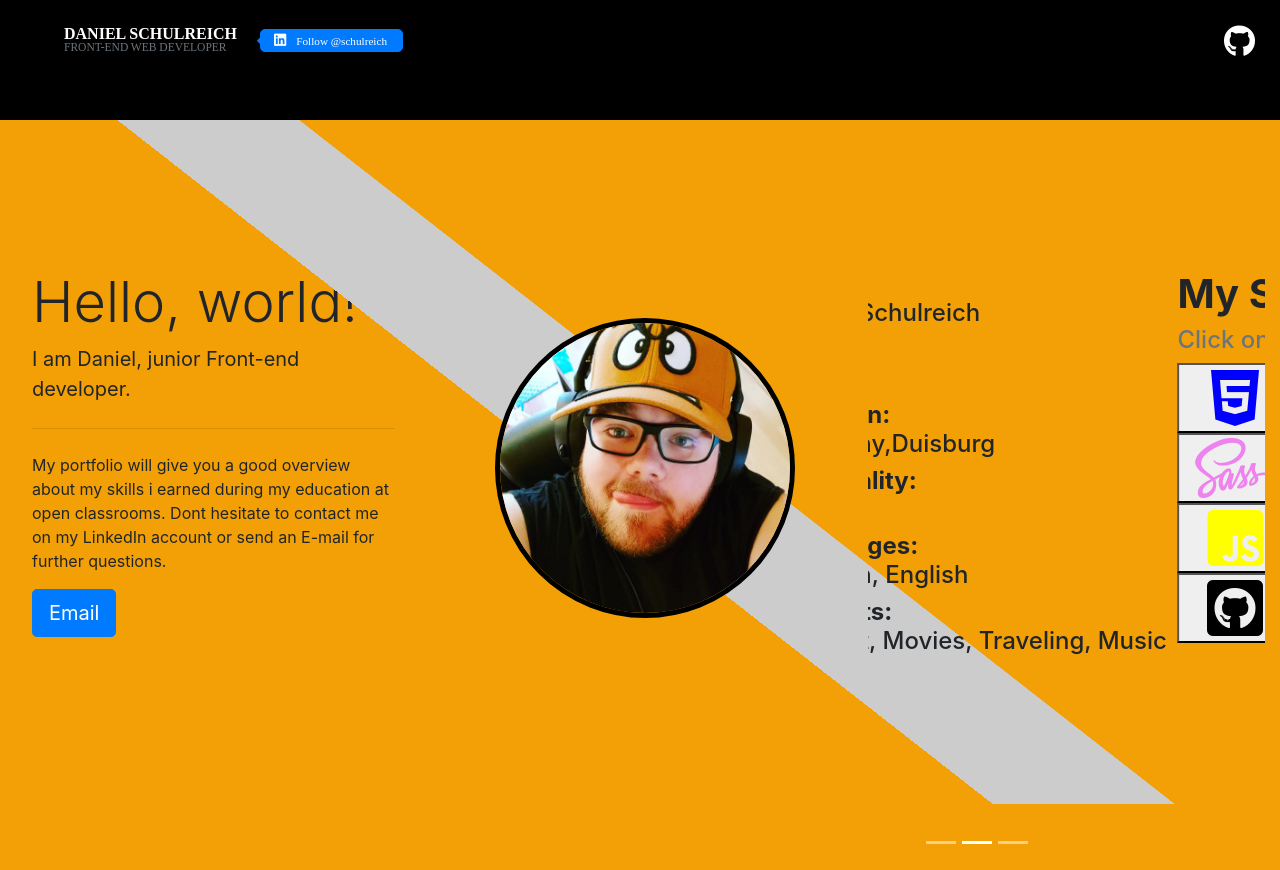
Repository: schulreich/my_portfolio
Page: index.html
An editor plug-in stored every save of this project. The page is shown before and after the next save, followed by the edit.
The browser window is 1280 px wide. The pictures show the whole page.
Some web fonts or font styles are not loaded; a fallback is used. Some web libraries are served in a nearby version.

Above is the page before, as saved 2020-06-19 23:17:55.

### index.html
<!DOCTYPE html>
<html lang="en">
<head>
    <meta charset="UTF-8">
    <meta name="viewport" content="width=device-width, initial-scale=1.0">
    <meta http-equiv="X-UA-Compatible" content="ie=edge">
    <link rel="stylesheet" href="https://stackpath.bootstrapcdn.com/bootstrap/4.1.3/css/bootstrap.min.css" integrity="sha384-MCw98/SFnGE8fJT3GXwEOngsV7Zt27NXFoaoApmYm81iuXoPkFOJwJ8ERdknLPMO" crossorigin="anonymous">
    <link rel="stylesheet" href="css/main.css">
    <link rel="stylesheet" href="https://use.fontawesome.com/releases/v5.5.0/css/all.css" integrity="sha384-B4dIYHKNBt8Bc12p+WXckhzcICo0wtJAoU8YZTY5qE0Id1GSseTk6S+L3BlXeVIU" crossorigin="anonymous">

    <title>Document</title>
</head>
<body>
    <header>
        <div class="row">
            <div class="name">DANIEL SCHULREICH</div>
            <div class="title text-muted"><small>FRONT-END WEB DEVELOPER</small></div>
            <a class="btn btn-primary btn-sm follow d-none d-lg-block" href="https://www.linkedin.com/in/daniel-schulreich-a5347617b/" target="_blank" role="button"><i class="fab fa-linkedin "></i><i class="fas fa-arrow-left arrow-left text-primary"></i><small>Follow @schulreich</small></a>

            <div class="nav">
                    <ul>
                        <li class="github"><i class="fab fa-github fa-2x nav-icon"></i><a href="https://github.com/schulreich" target="_blank">GitHub</a>
                        </li>
                    </ul>
                </div>


        </div>
    </header>

    <section class="project-modal">

    <div class="modal fade bd-example-modal-lg" tabindex="-1" role="dialog" aria-labelledby="myLargeModalLabel" aria-hidden="true">
            <div class="modal-dialog modal-lg">
              <div class="modal-content">
                <div class="modal-header">
                  <h5 class="modal-title" id="exampleModalLabel"><strong>JavaScript Boardgame</strong></h5>
                  <button type="button" class="close" data-dismiss="modal" aria-label="Close">
                    <span aria-hidden="true">&times;</span>
                  </button>
                </div>
                <div class="modal-body modal-align">
                    <img class="modal-img" src="images/boardgame.png" alt="">
                </div>
                <div class="modal-footer">
                  <a href="#" target="_blank" class="btn btn-primary btn-lg active" role="button" aria-pressed="true">comming soon</a>
                  <button type="button" class="btn btn-secondary" data-dismiss="modal">Close</button>
                </div>
              </div>
            </div>
          </div>

          <div class="modal fade bd-cards-example-modal-lg" tabindex="-1" role="dialog" aria-labelledby="myLargeModalLabel" aria-hidden="true">
                <div class="modal-dialog modal-lg">
                  <div class="modal-content">
                    <div class="modal-header">
                      <h5 class="modal-title" id="exampleModalLabel"><strong>Bootstrap Moviefestival website</strong></h5>
                      <button type="button" class="close" data-dismiss="modal" aria-label="Close">
                        <span aria-hidden="true">&times;</span>
                      </button>
                    </div>
                    <div class="modal-body modal-align">
                        <img class="modal-img" src="images/moviefestival.png" alt="">
                    </div>
                    <div class="modal-footer">
                      <a href="https://schulreich.github.io/project-movie-festival/" target="_blank" class="btn btn-primary btn-lg active" role="button" aria-pressed="true">Watch</a>
                      <button type="button" class="btn btn-secondary" data-dismiss="modal">Close</button>
                    </div>
                  </div>
                </div>
              </div>


              <div class="modal fade bd-grid-example-modal-lg" tabindex="-1" role="dialog" aria-labelledby="myLargeModalLabel" aria-hidden="true">
                    <div class="modal-dialog modal-lg">
                      <div class="modal-content">
                        <div class="modal-header">
                          <h5 class="modal-title" id="exampleModalLabel"><strong>React Restaurant review website</strong></h5>
                          <button type="button" class="close" data-dismiss="modal" aria-label="Close">
                            <span aria-hidden="true">&times;</span>
                          </button>
                        </div>
                        <div class="modal-body modal-align">
                            <img class="modal-img" src="images/restaurantreview.png" alt="">
                        </div>
                        <div class="modal-footer">
                          <a href="https://schulreich.github.io/project_7/" target="_blank" class="btn btn-primary btn-lg active" role="button" aria-pressed="true">Demo</a>
                          <button type="button" class="btn btn-secondary" data-dismiss="modal">Close</button>
                        </div>
                      </div>
                    </div>
                  </div>


          <div class="modal fade bd-register-example-modal-lg" tabindex="-1" role="dialog" aria-labelledby="myLargeModalLabel" aria-hidden="true">
                <div class="modal-dialog modal-lg">
                  <div class="modal-content">
                    <div class="modal-header">
                      <h5 class="modal-title" id="exampleModalLabel"><strong>WordPress</strong></h5>
                      <button type="button" class="close" data-dismiss="modal" aria-label="Close">
                        <span aria-hidden="true">&times;</span>
                      </button>
                    </div>
                    <div class="modal-body modal-align">
                        <img class="modal-img" src="images/WordPress.png" alt="">
                    </div>
                    <div class="modal-footer">
                      <a href="http://dev-lifestylechaletsandcaviar.pantheonsite.io/" target="_blank" class="btn btn-primary btn-lg active" role="button" aria-pressed="true">Watch</a>
                      <button type="button" class="btn btn-secondary" data-dismiss="modal">Close</button>
                    </div>
                  </div>
                </div>
              </div>

    </section>

    <section class="skill-modal">

    <section class="container-fluid intro-section">

        <div class="row">
             <div class="intro col-lg-4 col-md-5 jumbotron">
                <h1 class="display-4">Hello, world!</h1>
                     <p class="lead"><b>I am Daniel, junior Front-end developer.</b></p>
                <hr class="my-4">
                     <p>My portfolio will give you a good overview about my skills i earned during my education at open classrooms. Dont hesitate to contact me on my LinkedIn account or send an E-mail for further questions.</p>
                            <a class="btn btn-primary btn-lg" href="mailto:schulreich_daniel@peppinet.de" target="_blank" role="button">Email</a>
          </div>


          <div class="col-lg-4 d-none d-lg-block move">
              <img class="skew" src="https://dummyimage.com/200x753/000/000" alt="">
              <img class="rounded-circle " src="images/test.jpeg" alt="">
          </div>

<aside id="carouselExampleIndicators" class="col-lg-4 personal-information carousel slide" data-ride="carousel">
        <ol class="carousel-indicators">
                <li data-target="#carouselExampleIndicators" data-slide-to="0" class="active"></li>
                <li data-target="#carouselExampleIndicators" data-slide-to="1"></li>
                <li data-target="#carouselExampleIndicators" data-slide-to="2"></li>
              </ol>
    <div class="carousel-inner">
        <div class="carousel-item active">
              <h4><strong>Name:</strong> <br> Daniel Schulreich</h4>
              <h4><strong>Age:</strong> <br> 33</h4>
              <h4><strong>Location:</strong> <br> Germany,Duisburg</h4>
              <h4><strong>Nationality:</strong> <br> Austria</h4>
              <h4><strong>Languages:</strong> <br> German, English</h4>
              <h4><strong>Interests:</strong> <br> E-Sport, Movies, Traveling, Music</h4>
        </div>
        <div class="carousel-item">
            <aside class="skills"> <!-- text-center -->
              <h1><strong>My Skills</strong></h1>
              <h4 class="text-muted">Click on Icons for more Details</h4>
              <div class="y">
                <!--  justify-content-center -->
                <div class="row">

                  <div class="col-lg-4"><a href="https://openclassrooms.com/en/course-certificates/8254547573" target="_blank" class="active" role="button" aria-pressed="true"><button class="skill-button"><i class="fab fa-html5 fa-4x" ></i></a></div>
                  <div class="col-lg-4"><a href="https://openclassrooms.com/en/course-certificates/2811490125" target="_blank" class="active" role="button" aria-pressed="true"><button class="skill-button"><i class="fab fa-css3-alt fa-4x"></i></button></a></div>
                </div>
                <div class="row">
                    <div class="col-lg-4"><a href="https://openclassrooms.com/en/course-certificates/3315606497" target="_blank" class="active" role="button" aria-pressed="true"><button class="skill-button"><i class="fab fa-sass fa-4x"></i></button></a></div>
                    <div class="col-lg-4"><a href="https://openclassrooms.com/en/course-certificates/8340529448" target="_blank" class="active" role="button" aria-pressed="true"><button class="skill-button"><i class="fab fa-react fa-4x"></i></button></a></div>
                </div>
                <div class="row">
                  <div class="col-lg-4"><a href="https://openclassrooms.com/en/course-certificates/2140767815" target="_blank" class="active" role="button" aria-pressed="true"><button class="skill-button"><i class="fab fa-js-square fa-4x"></i></button></a></div>
                  <div class="col-lg-4"><a href="https://openclassrooms.com/en/course-certificates/8343798364" target="_blank" class="active" role="button" aria-pressed="true"><button class="skill-button"><i class="fab fa-wordpress fa-4x"></i></button></a></div>
                </div>
                <div class="row">
                  <div class="col-lg-4"><a href="https://openclassrooms.com/en/course-certificates/4342386076" target="_blank" class="active" role="button" aria-pressed="true"><button class="skill-button"><i class="fab fa-github-square fa-4x"></i></button></a></div>
                  <!-- Bootstrap icon was not Available-->
                  <div class="col-lg-4"><a href="https://openclassrooms.com/en/course-certificates/8244891630" target="_blank" class="active" role="button" aria-pressed="true"><button class="skill-button"><i class="fas fa-bold fa-4x"></i></button></a></div>
                <div class="row">
                  <div class="col-lg-4"><a href="https://openclassrooms.com/en/learning-path-certificates/5664741678" target="_blank" class="active" role="button" aria-pressed="true"><button class="skill-button"><i class="fas fa-user-graduate fa-4x"></i></button></a></div>
                </div>
                </div>
              </div>
            </aside>
        </div>
        <div class="carousel-item">
            <aside class="projects">
                <h1>Projects</h1>
                <h4 class="text-muted">Select Thumbnail</h4>

                <img src="images/boardgame.png" class="img-thumbnail thumbnail" data-toggle="modal" data-target=".bd-example-modal-lg" alt="...">
                <img src="images/moviefestival.png" class="img-thumbnail thumbnail" data-toggle="modal" data-target=".bd-cards-example-modal-lg" alt="..."> <br>
                <img src="images/restaurantreview.png" class="img-thumbnail thumbnail" data-toggle="modal" data-target=".bd-grid-example-modal-lg" alt="...">
                <img src="images/WordPress.png" class="img-thumbnail thumbnail" data-toggle="modal" data-target=".bd-register-example-modal-lg" alt="...">
            </aside>
        </div>
    </div>
</aside>

    </div>

    </section>









    <script src="https://code.jquery.com/jquery-3.3.1.slim.min.js" integrity="sha384-q8i/X+965DzO0rT7abK41JStQIAqVgRVzpbzo5smXKp4YfRvH+8abtTE1Pi6jizo" crossorigin="anonymous"></script>
<script src="https://cdnjs.cloudflare.com/ajax/libs/popper.js/1.14.3/umd/popper.min.js" integrity="sha384-ZMP7rVo3mIykV+2+9J3UJ46jBk0WLaUAdn689aCwoqbBJiSnjAK/l8WvCWPIPm49" crossorigin="anonymous"></script>
<script src="https://stackpath.bootstrapcdn.com/bootstrap/4.1.3/js/bootstrap.min.js" integrity="sha384-ChfqqxuZUCnJSK3+MXmPNIyE6ZbWh2IMqE241rYiqJxyMiZ6OW/JmZQ5stwEULTy" crossorigin="anonymous"></script>
</body>
</html>

### css/main.css
@import url("https://fonts.googleapis.com/css?family=Coda");
@keyframes mymove {
  0% {
    left: 16%;
  }
  100% {
    left: 25%;
  }
}
@keyframes myskew {
  0% {
    transform: skew(52deg);
  }
  100% {
    transform: skew(0deg);
  }
}
@keyframes myfade {
  0% {
    opacity: 0;
  }
  25% {
    opacity: 0;
  }
  50% {
    opacity: 0.6;
  }
  75% {
    opacity: 0.8;
  }
  100% {
    opacity: 1;
  }
}
body {
  background-color: #f3a006;
}

header {
  background-color: black;
  height: 120px;
  font-family: "Coda";
}
header .name {
  position: absolute;
  left: 5%;
  top: 3%;
  color: white;
  font-weight: bolder;
}
header .title {
  position: absolute;
  top: 5%;
  left: 5%;
  color: white;
  font-size: 0.9em;
}
header .follow {
  position: absolute;
  left: 260px;
  top: 4%;
  border-radius: 5px;
  padding-top: 0;
  padding-bottom: 0;
  padding-right: 15px;
  padding-left: 3px;
}
header .arrow-left {
  position: absolute;
  left: -10%;
  top: 18%;
}
header .nav-icon {
  color: white;
}
header i {
  padding: 0 10px;
}
header ul {
  list-style-type: none;
}
header .nav ul {
  margin: 0;
  padding: 0;
  position: absolute;
  top: 10px;
  right: 0;
  font-size: 0px;
}
header .nav ul li {
  font-size: 12pt;
  display: inline-block;
  padding: 15px;
  transition: all 0.2s ease-in-out;
}
header .nav ul li a {
  font-family: FontAwesome;
  color: lime;
  font-size: 22pt;
  text-decoration: none;
}
header .nav ul .github.about .code .contact {
  background: black;
}
header .nav ul li i {
  display: block;
}
header .nav ul li a {
  display: none;
}
header .nav ul li:hover i {
  display: none;
}
header .nav ul li:hover a {
  display: block;
}
header .nav a:hover {
  color: lime;
}

.modal-img {
  width: 600px;
}

.modal-align {
  padding-left: 6rem;
}

.modal-header {
  background-color: #f3a006;
}

.modal-body {
  background-color: black;
}

.intro-section {
  background-color: #f3a006;
  /*}
  .rounded-circle:hover{
      left: 25%;
      transition: 2s left;
  }*/
}
.intro-section .intro {
  background-color: #f3a006;
  top: 85px;
}
.intro-section .skew {
  transform: skew(52deg);
  position: absolute;
  height: 114%;
  left: 30%;
  animation: myskew 2s 1 ease;
  animation-fill-mode: forwards;
}
.intro-section .rounded-circle {
  position: absolute;
  border: solid 5px black;
  height: 300px;
  width: 300px;
  left: 16%;
  top: 33%;
  animation: mymove 2s 1 ease;
  animation-fill-mode: forwards;
}
.intro-section .personal-information {
  position: relative;
  top: 150px;
  animation: myfade 5s 1 ease;
  transition-delay: 3s;
}
.intro-section .carousel-inner {
  height: 600px;
}
.carousel-indicators{
  right: 42%;
}
.intro-section .skill-button {
  width: 115px;
}
.intro-section .fa-html5 {
  color: blue;
}
.intro-section .fa-css3-alt {
  color: pink;
}
.intro-section .fa-sass {
  color: violet;
}
.intro-section .fa-react {
  color: skyblue;
  width: 100px;
}
.intro-section .fa-js-square {
  color: yellow;
  width: 100px;
}
.intro-section .fa-bold{
  color:white;
  background-color: purple;
}
.intro-section .thumbnail {
  width: 200px;
  height: 200px;
}

After the next save:
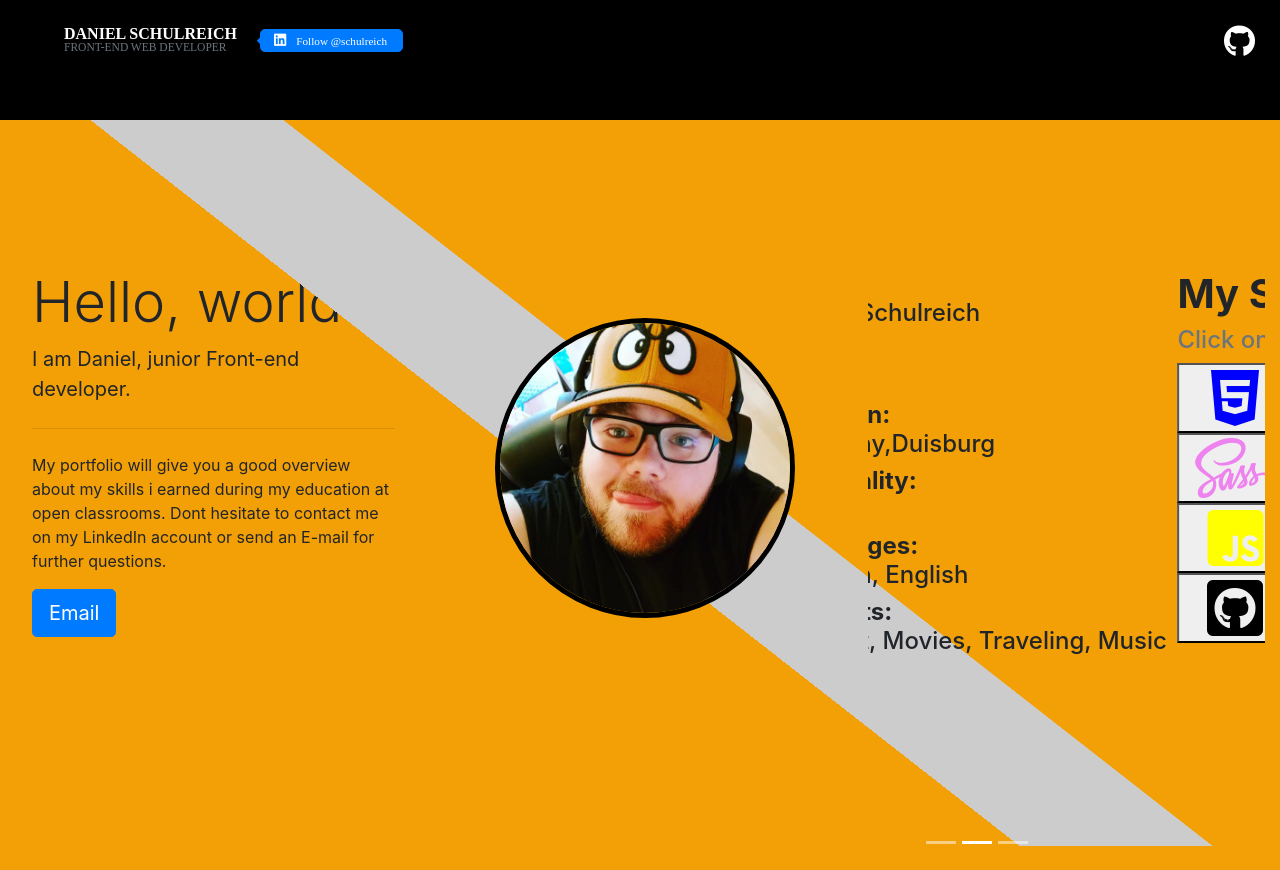
Saved 95 s later.
--- a/css/main.css
+++ b/css/main.css
@@ -149,7 +149,7 @@
 .intro-section .skew {
   transform: skew(52deg);
   position: absolute;
-  height: 114%;
+  height: 121%;
   left: 30%;
   animation: myskew 2s 1 ease;
   animation-fill-mode: forwards;
